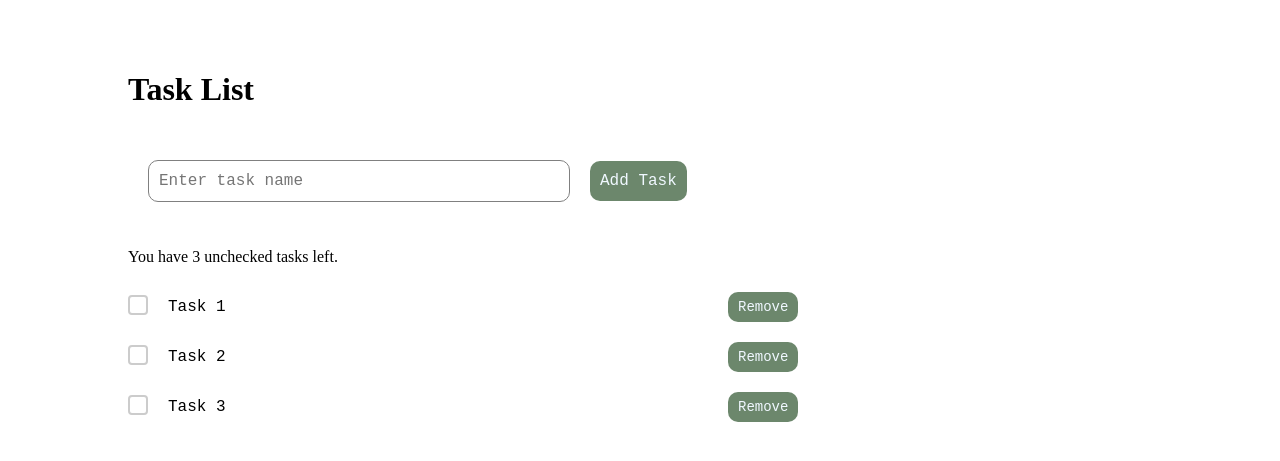
Repository: SandyLy453/task-list
Page: /
These files come from the project's save history. The page is drawn as it stood at one moment and after the next save; the edit follows.
The browser window is 1280 px wide. The pictures show the whole page.
The project was rebuilt for these pictures with package versions that can differ from the ones it lists, and the page was loaded fresh each time. Also part of the build but not shown: vite.config.js.

Above is the page before, as saved 2024-10-11 15:39:50.

### src/App.jsx
import { useState } from 'react';
import Task from './components/Task';
import TaskForm from './components/TaskForm';

function App() {
  const [tasks, setTasks] = useState([
    { name: 'Task 1', checked: false },
    { name: 'Task 2', checked: false },
    { name: 'Task 3', checked: false }
  ]);

  // Function to calculate the number of unchecked tasks
  const getUncheckedCount = () => {
    return tasks.filter((task) => !task.checked).length;
  };

  // Function to add a new task
  const addTask = (taskName) => {
    setTasks([...tasks, { name: taskName, checked: false }]); // New tasks are unchecked by default
  };

  // Function to remove a task
  const removeTask = (taskName) => {
    setTasks(tasks.filter((task) => task.name !== taskName));
  };

  // Function to toggle the task status
  const toggleTaskStatus = (taskName) => {
    const updatedTasks = tasks.map((task) =>
      task.name === taskName ? { ...task, checked: !task.checked } : task
    );
    setTasks(updatedTasks); // Update the task's checked status in the parent state
  };

  return (
    <>
      <div className="container">
        <h1 className="title">Task List</h1>
        <TaskForm addTask={addTask} />
        <p>You have {getUncheckedCount()} unchecked tasks left.</p>
        <div>
          {tasks.map((task, index) => (
            <Task
              key={index}
              name={task.name}
              checked={task.checked}
              toggleTaskStatus={toggleTaskStatus}
              removeTask={removeTask}
            />
          ))}
        </div>
      </div>
    </>
  );
}

export default App;

### src/index.css
.container {
  padding: 20px;
  margin: 30px 100px;
}

.inputBox {
  padding: 10px 0 10px 0;
}

.input {
  height: 20px;
  width: 400px;
  padding: 10px;
  font-size: 16px;
  font-family: monospace;
  margin: 20px;
  border-radius: 10px;
  border: 1px solid gray;
}

.sm-btn{
  height: 40px;
  padding: 10px;
  font-size: 16px;
  font-family: monospace;
  background-color: rgb(108, 135, 108);
  color: aliceblue;
  border: none;
  border-radius: 10px;
}

.sm-btn:hover {
  background-color: rgb(84, 103, 84);
}

.task {
  display: flex;
  flex-direction: row;
  align-items: center;
  gap: 20px;
}

.checkBox {
  width: 20px;
  height: 20px;
  appearance: none;
  background-color: white;
  border: 2px solid #ccc;
  border-radius: 4px;
  cursor: pointer;
  position: relative;
  margin: 6px 0;
}

.checkBox:checked {
  background-color: rgb(108, 135, 108);
}

.checkBox:checked::after {
  content: "";
  display: block;
  width: 4px;
  height: 10px;
  border: solid white;
  border-width: 0 2px 2px 0;
  transform: rotate(45deg);
  position: absolute;
  top: 0px;
  left: 5px;
}

.content {
  width: 540px;
  display: flex;
  word-wrap: normal;
  font-family: monospace;
  font-size: 16px;
}

.task-delete {
  height: 30px;
  padding: 10px;
  align-items: center;
  align-self: center;
  display: flex;
  justify-content: center;
  font-size: 14px;
  font-family: monospace;
  background-color: rgb(108, 135, 108);
  color: aliceblue;
  border: none;
  border-radius: 10px;
}

.task-delete:hover {
  background-color: rgb(84, 103, 84);
}

### src/components/Task.jsx
import { useRef, useEffect } from "react";

export default function Task({ name, checked, removeTask, toggleTaskStatus }) {
  const checkboxRef = useRef(null);
  const taskNameRef = useRef(null);

  useEffect(() => {
    const checkbox = checkboxRef.current;
    const crossText = taskNameRef.current;

    // Handle the initial checked state
    if (checked) {
      checkbox.checked = true;
      crossText.style.textDecoration = "line-through";
    } else {
      checkbox.checked = false;
      crossText.style.textDecoration = "none";
    }

    const handleCheckBoxChange = () => {
      toggleTaskStatus(name);
    };

    checkbox.addEventListener("change", handleCheckBoxChange);

    return () => {
      checkbox.removeEventListener("change", handleCheckBoxChange);
    };
  }, [name, checked, toggleTaskStatus]);

  return (
    <>
      <div className="task">
        <label>
          <input type="checkbox" ref={checkboxRef} className="checkBox"/>
        </label>
        <p ref={taskNameRef} className="content">{name}</p>
        <button className="task-delete" onClick={() => removeTask(name)}>
          Remove
        </button>
      </div>
    </>
  );
}

### src/components/TaskForm.jsx
import { useState } from "react";

export default function TaskForm({ addTask }) {
  const [inputValue, setInputValue] = useState("");

  const handleSubmit = (e) => {
    e.preventDefault();
    if (inputValue.trim() !== "") {
      addTask(inputValue);
      setInputValue(""); // clear the input
    }
  };

  return (
    <form onSubmit={handleSubmit} className="inputBox">
      <input
        type="text"
        value={inputValue}
        onChange={(e) => setInputValue(e.target.value)}
        placeholder="Enter task name"
        className="input"
      />
      <button type="submit" className="sm-btn">Add Task</button>
    </form>
  );
}

Loaded but not shown: index.html (common file); src/main.jsx (common file)

After the next save:
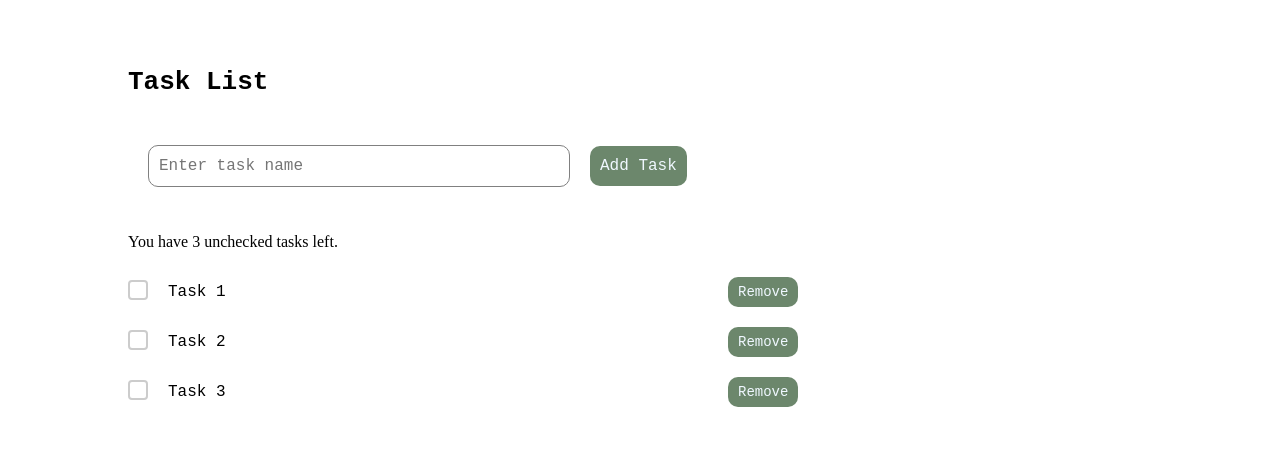
Saved 19 s later.
--- a/src/index.css
+++ b/src/index.css
@@ -1,6 +1,10 @@
 .container {
   padding: 20px;
   margin: 30px 100px;
+}
+
+.title {
+  font-family: monospace;
 }
 
 .inputBox {
